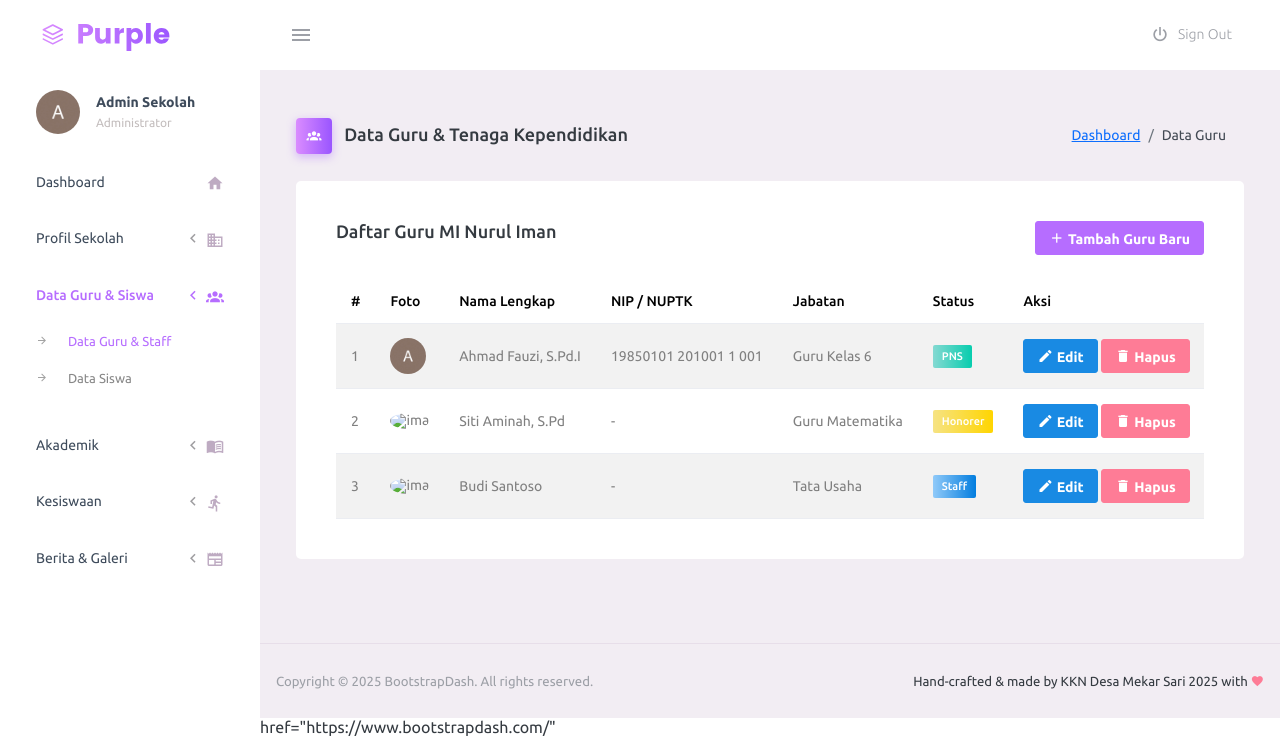
Repository: MKennyChaniago/sekolah-mi-nurul-iman
Page: http://localhost/admin/guru
An editor plug-in stored every save of this project. The page is shown before and after a run of saves, followed by the edit.
The browser window is 1280 px wide. The pictures show the whole page.
The page is served by the project's Laravel application, run on PHP 8.4 with Laravel 12. A made-up administrator, Test User (test@example.com), is signed in. Other server files are loaded and not shown.

Above is the page before, as saved 2025-12-01 15:03:13.
Console error: TypeError: Cannot read properties of null (reading 'classList')

### routes/web.php
<?php

use Illuminate\Support\Facades\Route;
use App\Http\Controllers\HomeController;
// Anda mungkin akan membuat Controller baru, contohnya:
// use App\Http\Controllers\ProfileController;

// --- A. ROUTE FRONTEND (MI NURUL IMAN) ---

// 1. HOME
Route::get('/', [HomeController::class, 'index'])->name('home');

// 2. PROFIL (Menggunakan grup untuk submenu)
Route::prefix('profil')->group(function () {
    Route::get('/sejarah', function () { return view('profil.sejarah'); })->name('profil.sejarah');
    Route::get('/visi-misi', function () { return view('profil.visi_misi'); })->name('profil.visi_misi');
    Route::get('/struktur-organisasi', function () { return view('profil.struktur'); })->name('profil.struktur');
});

// 3. KESISWAAN
Route::get('/kesiswaan', function () { return view('kesiswaan.index'); })->name('kesiswaan');

// 4. BERITA & ARTIKEL
// Listing Berita Utama
Route::get('/berita', function () { return view('berita.listing'); })->name('berita.listing');
// Detail Berita dengan parameter dinamis (slug)
Route::get('/berita/{slug}', function ($slug) { return view('berita.detail', compact('slug')); })->name('berita.detail');

// 5. AKADEMIK
Route::prefix('akademik')->group(function () {
    Route::get('/kurikulum', function () { return view('akademik.kurikulum'); })->name('akademik.kurikulum');
    Route::get('/guru-staff', function () { return view('akademik.guru_staff'); })->name('akademik.guru_staff');
    Route::get('/produk-hukum', function () { return view('akademik.produk_hukum'); })->name('akademik.produk_hukum');
});

// 6. Galeri
Route::get('/galeri', function () { return view('galeri.index'); })->name('galeri');

// 7. KONTAK MANDIRI (Formulir Kontak)
Route::get('/kontak', function () { return view('kontak'); })->name('kontak');


// --- B. ROUTE BACKEND (ADMIN) ---

// 1. Route Login
Route::get('/admin/login', function () {
    return view('admin.login');
})->name('admin.login');

// 2. Route Register
Route::get('/admin/register', function () {
    return view('admin.register');
})->name('admin.register');

// 3. Route Dashboard (INI TUJUANNYA)
Route::get('/admin/dashboard', function () {
    return view('admin.dashboard');
})->name('admin.dashboard');

// ... (Route Login, Register, Dashboard sebelumnya) ...

// --- GROUP: PROFIL SEKOLAH ---
Route::get('/admin/sejarah', function () {
    return view('admin.profil.sejarah'); // Perlu buat file
})->name('admin.sejarah');

Route::get('/admin/visi-misi', function () {
    return view('admin.profil.visimisi'); // Perlu buat file
})->name('admin.visimisi');

Route::get('/admin/struktur', function () {
    return view('admin.profil.struktur'); // Perlu buat file
})->name('admin.struktur');


// --- GROUP: DATA MASTER ---
Route::get('/admin/guru', function () {
    return view('admin.guru.index');
})->name('admin.guru.index');

Route::get('/admin/guru/create', function () {
    return view('admin.guru.create');
})->name('admin.guru.create');

Route::get('/admin/siswa', function () {
    return view('admin.siswa.index');
})->name('admin.siswa.index');


// --- GROUP: AKADEMIK ---
Route::get('/admin/kurikulum', function () {
    return view('admin.akademik.kurikulum'); // Perlu buat file
})->name('admin.kurikulum.index');

Route::get('/admin/produk-hukum', function () {
    return view('admin.akademik.produkhukum'); // Perlu buat file
})->name('admin.produk_hukum.index');


// --- GROUP: KESISWAAN ---
Route::get('/admin/ekstrakurikuler', function () {
    return view('admin.kesiswaan.ekskul'); // Perlu buat file
})->name('admin.ekstrakurikuler.index');

Route::get('/admin/program-unggulan', function () {
    return view('admin.kesiswaan.program'); // Perlu buat file
})->name('admin.prestasi.index');


// --- GROUP: PUBLIKASI ---
Route::get('/admin/berita', function () {
    return view('admin.berita.index');
})->name('admin.berita.index');

Route::get('/admin/galeri', function () {
    return view('admin.galeri.index');
})->name('admin.galeri.index');

### resources/views/admin/guru/index.blade.php
@extends('layouts.admin')

@section('title', 'Data Guru & Staff')

@section('content')
    <div class="page-header">
        <h3 class="page-title">
            <span class="page-title-icon bg-gradient-primary text-white me-2">
                <i class="mdi mdi-account-group"></i>
            </span> Data Guru & Tenaga Kependidikan
        </h3>
        <nav aria-label="breadcrumb">
            <ul class="breadcrumb">
                <li class="breadcrumb-item"><a href="{{ route('admin.dashboard') }}">Dashboard</a></li>
                <li class="breadcrumb-item active" aria-current="page">Data Guru</li>
            </ul>
        </nav>
    </div>

    <div class="row">
        <div class="col-lg-12 grid-margin stretch-card">
            <div class="card">
                <div class="card-body">
                    <div class="d-flex justify-content-between align-items-center mb-4">
                        <h4 class="card-title">Daftar Guru MI Nurul Iman</h4>
                        <a href="{{ route('admin.guru.create') }}" class="btn btn-primary btn-sm">
                            <i class="mdi mdi-plus"></i> Tambah Guru Baru
                        </a>
                    </div>

                    <div class="table-responsive">
                        <table class="table table-hover table-striped">
                            <thead>
                                <tr>
                                    <th>#</th>
                                    <th>Foto</th>
                                    <th>Nama Lengkap</th>
                                    <th>NIP / NUPTK</th>
                                    <th>Jabatan</th>
                                    <th>Status</th>
                                    <th>Aksi</th>
                                </tr>
                            </thead>
                            <tbody>
                                <tr>
                                    <td>1</td>
                                    <td class="py-1">
                                        <img src="{{ asset('admin/images/faces/face1.jpg') }}" alt="image" />
                                    </td>
                                    <td>Ahmad Fauzi, S.Pd.I</td>
                                    <td>19850101 201001 1 001</td>
                                    <td>Guru Kelas 6</td>
                                    <td><label class="badge badge-gradient-success">PNS</label></td>
                                    <td>
                                        <button class="btn btn-info btn-sm btn-icon-text">
                                            <i class="mdi mdi-pencil"></i> Edit
                                        </button>
                                        <button class="btn btn-danger btn-sm btn-icon-text">
                                            <i class="mdi mdi-delete"></i> Hapus
                                        </button>
                                    </td>
                                </tr>

                                <tr>
                                    <td>2</td>
                                    <td class="py-1">
                                        <img src="{{ asset('admin/images/faces/face2.jpg') }}" alt="image" />
                                    </td>
                                    <td>Siti Aminah, S.Pd</td>
                                    <td>-</td>
                                    <td>Guru Matematika</td>
                                    <td><label class="badge badge-gradient-warning">Honorer</label></td>
                                    <td>
                                        <button class="btn btn-info btn-sm btn-icon-text">
                                            <i class="mdi mdi-pencil"></i> Edit
                                        </button>
                                        <button class="btn btn-danger btn-sm btn-icon-text">
                                            <i class="mdi mdi-delete"></i> Hapus
                                        </button>
                                    </td>
                                </tr>

                                <tr>
                                    <td>3</td>
                                    <td class="py-1">
                                        <img src="{{ asset('admin/images/faces/face3.jpg') }}" alt="image" />
                                    </td>
                                    <td>Budi Santoso</td>
                                    <td>-</td>
                                    <td>Tata Usaha</td>
                                    <td><label class="badge badge-gradient-info">Staff</label></td>
                                    <td>
                                        <button class="btn btn-info btn-sm btn-icon-text">
                                            <i class="mdi mdi-pencil"></i> Edit
                                        </button>
                                        <button class="btn btn-danger btn-sm btn-icon-text">
                                            <i class="mdi mdi-delete"></i> Hapus
                                        </button>
                                    </td>
                                </tr>
                            </tbody>
                        </table>
                    </div>
                    </div>
            </div>
        </div>
    </div>
@endsection

### resources/views/layouts/admin.blade.php
<!DOCTYPE html>
<html lang="id">
  <head>
    <meta charset="utf-8">
    <meta name="viewport" content="width=device-width, initial-scale=1, shrink-to-fit=no">
    <title>Admin - MI Nurul Iman</title>

    <link rel="stylesheet" href="{{ asset('admin/vendors/mdi/css/materialdesignicons.min.css') }}">
    <link rel="stylesheet" href="{{ asset('admin/vendors/ti-icons/css/themify-icons.css') }}">
    <link rel="stylesheet" href="{{ asset('admin/vendors/css/vendor.bundle.base.css') }}">
    <link rel="stylesheet" href="{{ asset('admin/css/style.css') }}">
    <link rel="shortcut icon" href="{{ asset('admin/images/favicon.png') }}" />
  </head>
  <body>

    <div class="container-scroller">

      @include('admin.partials.navbar')

      <div class="container-fluid page-body-wrapper">

        @include('admin.partials.sidebar')

        <div class="main-panel">
          <div class="content-wrapper">

            @yield('content')

          </div>

          @include('admin.partials.footer')

        </div>
      </div>
    </div>

    <script src="{{ asset('admin/vendors/js/vendor.bundle.base.js') }}"></script>
    <script src="{{ asset('admin/vendors/chart.js/chart.umd.js') }}"></script>
    <script src="{{ asset('admin/js/off-canvas.js') }}"></script>
    <script src="{{ asset('admin/js/misc.js') }}"></script>
    <script src="{{ asset('admin/js/settings.js') }}"></script>
    <script src="{{ asset('admin/js/todolist.js') }}"></script>
    <script src="{{ asset('admin/js/jquery.cookie.js') }}"></script>
    <script src="{{ asset('admin/js/dashboard.js') }}"></script>
  </body>
</html>

### resources/views/admin/partials/navbar.blade.php
<style>
  /* Animasi untuk tombol Logout */
  .logout-link {
    transition: all 0.3s ease-in-out; /* Gerakan halus */
    display: flex;
    align-items: center;
  }

  /* Efek saat Mouse diarahkan (Hover) */
  .logout-link:hover {
    transform: scale(1.1); /* Membesar sedikit (10%) */
    color: #dc3545 !important; /* Berubah warna jadi Merah */
  }

  .logout-link:hover i {
    color: #dc3545 !important; /* Icon juga jadi merah */
  }
</style>

<nav class="navbar default-layout-navbar col-lg-12 col-12 p-0 fixed-top d-flex flex-row">
  <div class="text-center navbar-brand-wrapper d-flex align-items-center justify-content-start">
    <a class="navbar-brand brand-logo" href="{{ route('admin.dashboard') }}"><img src="{{ asset('admin/images/logo.svg') }}" alt="logo" /></a>
    <a class="navbar-brand brand-logo-mini" href="{{ route('admin.dashboard') }}"><img src="{{ asset('admin/images/logo-mini.svg') }}" alt="logo" /></a>
  </div>

  <div class="navbar-menu-wrapper d-flex align-items-stretch">
    <button class="navbar-toggler navbar-toggler align-self-center" type="button" data-toggle="minimize">
      <span class="mdi mdi-menu"></span>
    </button>

    <ul class="navbar-nav navbar-nav-right">

      <li class="nav-item nav-logout">
        <a class="nav-link logout-link" href="{{ route('admin.login') }}" title="Keluar Aplikasi">
          <i class="mdi mdi-power"></i>

          <span class="d-none d-lg-inline ms-2">Sign Out</span>
        </a>
      </li>

    </ul>

    <button class="navbar-toggler navbar-toggler-right d-lg-none align-self-center" type="button" data-toggle="offcanvas">
      <span class="mdi mdi-menu"></span>
    </button>
  </div>
</nav>

### resources/views/admin/partials/sidebar.blade.php
<nav class="sidebar sidebar-offcanvas" id="sidebar">
  <ul class="nav">

    <li class="nav-item nav-profile">
      <a href="#" class="nav-link">
        <div class="nav-profile-image">
          <img src="{{ asset('admin/images/faces/face1.jpg') }}" alt="profile" />
          <span class="login-status online"></span>
        </div>
        <div class="nav-profile-text d-flex flex-column">
          <span class="font-weight-bold mb-2">Admin Sekolah</span>
          <span class="text-secondary text-small">Administrator</span>
        </div>
      </a>
    </li>

    <li class="nav-item">
      <a class="nav-link" href="{{ route('admin.dashboard') }}">
        <span class="menu-title">Dashboard</span>
        <i class="mdi mdi-home menu-icon"></i>
      </a>
    </li>

    <li class="nav-item">
      <a class="nav-link" data-bs-toggle="collapse" href="#profil-sekolah" aria-expanded="false" aria-controls="profil-sekolah">
        <span class="menu-title">Profil Sekolah</span>
        <i class="menu-arrow"></i>
        <i class="mdi mdi-domain menu-icon"></i>
      </a>
      <div class="collapse" id="profil-sekolah">
        <ul class="nav flex-column sub-menu">
          <li class="nav-item"> <a class="nav-link" href="{{ route('admin.sejarah') }}">Sejarah Madrasah</a></li>
          <li class="nav-item"> <a class="nav-link" href="{{ route('admin.visimisi') }}">Visi & Misi</a></li>
          <li class="nav-item"> <a class="nav-link" href="{{ route('admin.struktur') }}">Struktur Organisasi</a></li>
        </ul>
      </div>
    </li>

    <li class="nav-item">
      <a class="nav-link" data-bs-toggle="collapse" href="#data-master" aria-expanded="false" aria-controls="data-master">
        <span class="menu-title">Data Guru & Siswa</span>
        <i class="menu-arrow"></i>
        <i class="mdi mdi-account-group menu-icon"></i>
      </a>
      <div class="collapse" id="data-master">
        <ul class="nav flex-column sub-menu">
          <li class="nav-item"> <a class="nav-link" href="{{ route('admin.guru.index') }}">Data Guru & Staff</a></li>
          <li class="nav-item"> <a class="nav-link" href="{{ route('admin.siswa.index') }}">Data Siswa</a></li>
        </ul>
      </div>
    </li>

    <li class="nav-item">
      <a class="nav-link" data-bs-toggle="collapse" href="#akademik" aria-expanded="false" aria-controls="akademik">
        <span class="menu-title">Akademik</span>
        <i class="menu-arrow"></i>
        <i class="mdi mdi-book-open-variant menu-icon"></i>
      </a>
      <div class="collapse" id="akademik">
        <ul class="nav flex-column sub-menu">
          <li class="nav-item"> <a class="nav-link" href="{{ route('admin.kurikulum.index') }}">Kurikulum</a></li>
          <li class="nav-item"> <a class="nav-link" href="{{ route('admin.produk_hukum.index') }}">Produk Hukum (SK)</a></li>
        </ul>
      </div>
    </li>

    <li class="nav-item">
      <a class="nav-link" data-bs-toggle="collapse" href="#kesiswaan" aria-expanded="false" aria-controls="kesiswaan">
        <span class="menu-title">Kesiswaan</span>
        <i class="menu-arrow"></i>
        <i class="mdi mdi-run menu-icon"></i>
      </a>
      <div class="collapse" id="kesiswaan">
        <ul class="nav flex-column sub-menu">
          <li class="nav-item"> <a class="nav-link" href="{{ route('admin.ekstrakurikuler.index') }}">Ekstrakurikuler</a></li>
          <li class="nav-item"> <a class="nav-link" href="{{ route('admin.prestasi.index') }}">Program Unggulan</a></li>
        </ul>
      </div>
    </li>

    <li class="nav-item">
      <a class="nav-link" data-bs-toggle="collapse" href="#publikasi" aria-expanded="false" aria-controls="publikasi">
        <span class="menu-title">Berita & Galeri</span>
        <i class="menu-arrow"></i>
        <i class="mdi mdi-newspaper menu-icon"></i>
      </a>
      <div class="collapse" id="publikasi">
        <ul class="nav flex-column sub-menu">
          <li class="nav-item"> <a class="nav-link" href="{{ route('admin.berita.index') }}">Berita & Artikel</a></li>
          <li class="nav-item"> <a class="nav-link" href="{{ route('admin.galeri.index') }}">Galeri Foto</a></li>
        </ul>
      </div>
    </li>

  </ul>
</nav>

### resources/views/admin/partials/footer.blade.php
<footer class="footer">
  <div class="d-sm-flex justify-content-center justify-content-sm-between">
    <span class="text-muted text-center text-sm-left d-block d-sm-inline-block">Copyright © 2025 <a target="_blank">BootstrapDash</a>. All rights reserved.</span>
    <span class="float-none float-sm-right d-block mt-1 mt-sm-0 text-center">Hand-crafted & made by KKN Desa Mekar Sari 2025 with <i class="mdi mdi-heart text-danger"></i></span>
  </div>
</footer>href="https://www.bootstrapdash.com/"

### public/admin/js/settings.js
(function($) {
  'use strict';
  $(function() {
    $(".nav-settings").click(function() {
      $("#right-sidebar").toggleClass("open");
    });
    $(".settings-close").click(function() {
      $("#right-sidebar,#theme-settings,#layout-settings").removeClass("open");
    });

    $("#settings-trigger").on("click", function() {
      $("#theme-settings").toggleClass("open");
    });

    //check all boxes in order status
    $("#check-all").click(function () {
      $(".checkbox").prop('checked', $(this).prop('checked'));
    });

    //background constants
    var navbar_classes = "navbar-danger navbar-success navbar-warning navbar-dark navbar-light navbar-primary navbar-info navbar-pink";
    var sidebar_classes = "sidebar-light sidebar-dark";
    var $body = $("body");

    //sidebar backgrounds
    $("#sidebar-default-theme").on("click", function() {
      $body.removeClass(sidebar_classes);
      $(".sidebar-bg-options").removeClass("selected");
      $(this).addClass("selected");
    });
    $("#sidebar-dark-theme").on("click", function() {
      $body.removeClass(sidebar_classes);
      $body.addClass("sidebar-dark");
      $(".sidebar-bg-options").removeClass("selected");
      $(this).addClass("selected");
    });
    $("#sidebar-light-theme").on("click", function() {
      $body.removeClass(sidebar_classes);
      $body.addClass("sidebar-light");
      $(".sidebar-bg-options").removeClass("selected");
      $(this).addClass("selected");
    });


    //Navbar Backgrounds
    $(".tiles.primary").on("click", function() {
      $(".navbar").removeClass(navbar_classes);
      $(".navbar").addClass("navbar-primary");
      $(".tiles").removeClass("selected");
      $(this).addClass("selected");
    });
    $(".tiles.success").on("click", function() {
      $(".navbar").removeClass(navbar_classes);
      $(".navbar").addClass("navbar-success");
      $(".tiles").removeClass("selected");
      $(this).addClass("selected");
    });
    $(".tiles.warning").on("click", function() {
      $(".navbar").removeClass(navbar_classes);
      $(".navbar").addClass("navbar-warning");
      $(".tiles").removeClass("selected");
      $(this).addClass("selected");
    });
    $(".tiles.danger").on("click", function() {
      $(".navbar").removeClass(navbar_classes);
      $(".navbar").addClass("navbar-danger");
      $(".tiles").removeClass("selected");
      $(this).addClass("selected");
    });
    $(".tiles.info").on("click", function() {
      $(".navbar").removeClass(navbar_classes);
      $(".navbar").addClass("navbar-info");
      $(".tiles").removeClass("selected");
      $(this).addClass("selected");
    });
    $(".tiles.dark").on("click", function() {
      $(".navbar").removeClass(navbar_classes);
      $(".navbar").addClass("navbar-dark");
      $(".tiles").removeClass("selected");
      $(this).addClass("selected");
    });
    $(".tiles.default").on("click", function() {
      $(".navbar").removeClass(navbar_classes);
      $(".tiles").removeClass("selected");
      $(this).addClass("selected");
    });

    //Horizontal menu in mobile
    $('[data-toggle="horizontal-menu-toggle"]').on("click", function() {
      $(".horizontal-menu .bottom-navbar").toggleClass("header-toggled");
    });
    // Horizontal menu navigation in mobile menu on click
    var navItemClicked = $('.horizontal-menu .page-navigation >.nav-item');
    navItemClicked.on("click", function(event) {
      if(window.matchMedia('(max-width: 991px)').matches) {
        if(!($(this).hasClass('show-submenu'))) {
          navItemClicked.removeClass('show-submenu');
        }
        $(this).toggleClass('show-submenu');
      }
    });

    $(window).scroll(function() {
      if(window.matchMedia('(min-width: 992px)').matches) {
        var header = $('.horizontal-menu');
        if ($(window).scrollTop() >= 71) {
          $(header).addClass('fixed-on-scroll');
        } else {
          $(header).removeClass('fixed-on-scroll');
        }
      }
    });

    $("#layout-toggler").on("click", function () {
      $("#layout-settings").addClass("open");
    });
    $("#chat-toggler").on("click", function () {
      $("#right-sidebar").addClass("open");
    });

  });
})(jQuery);

### public/admin/js/todolist.js
(function($) {
  'use strict';
  $(function() {
    var todoListItem = $('.todo-list');
    var todoListInput = $('.todo-list-input');
    $('.todo-list-add-btn').on("click", function(event) {
      event.preventDefault();

      var item = $(this).prevAll('.todo-list-input').val();

      if (item) {
        todoListItem.append("<li><div class='form-check'><label class='form-check-label'><input class='checkbox' type='checkbox'/>" + item + "<i class='input-helper'></i></label></div><i class='remove mdi mdi-close-circle-outline'></i></li>");
        todoListInput.val("");
      }

    });

    todoListItem.on('change', '.checkbox', function() {
      if ($(this).attr('checked')) {
        $(this).removeAttr('checked');
      } else {
        $(this).attr('checked', 'checked');
      }

      $(this).closest("li").toggleClass('completed');

    });

    todoListItem.on('click', '.remove', function() {
      $(this).parent().remove();
    });

  });
})(jQuery);

Loaded but not shown: app/Models/User.php (common file); public/admin/vendors/mdi/css/materialdesignicons.min.css (library); public/admin/vendors/ti-icons/css/themify-icons.css (library); public/admin/vendors/css/vendor.bundle.base.css (common file); public/admin/css/style.css (library); public/admin/vendors/js/vendor.bundle.base.js (library); public/admin/vendors/chart.js/chart.umd.js (library); public/admin/js/off-canvas.js (common file); public/admin/js/jquery.cookie.js (library); public/admin/images/logo.svg (90 lines, source omitted); public/admin/images/logo-mini.svg (41 lines, source omitted); public/admin/js/dashboard.js (250 lines, source omitted); public/admin/js/misc.js (122 lines, source omitted)

After the next 3 saves:
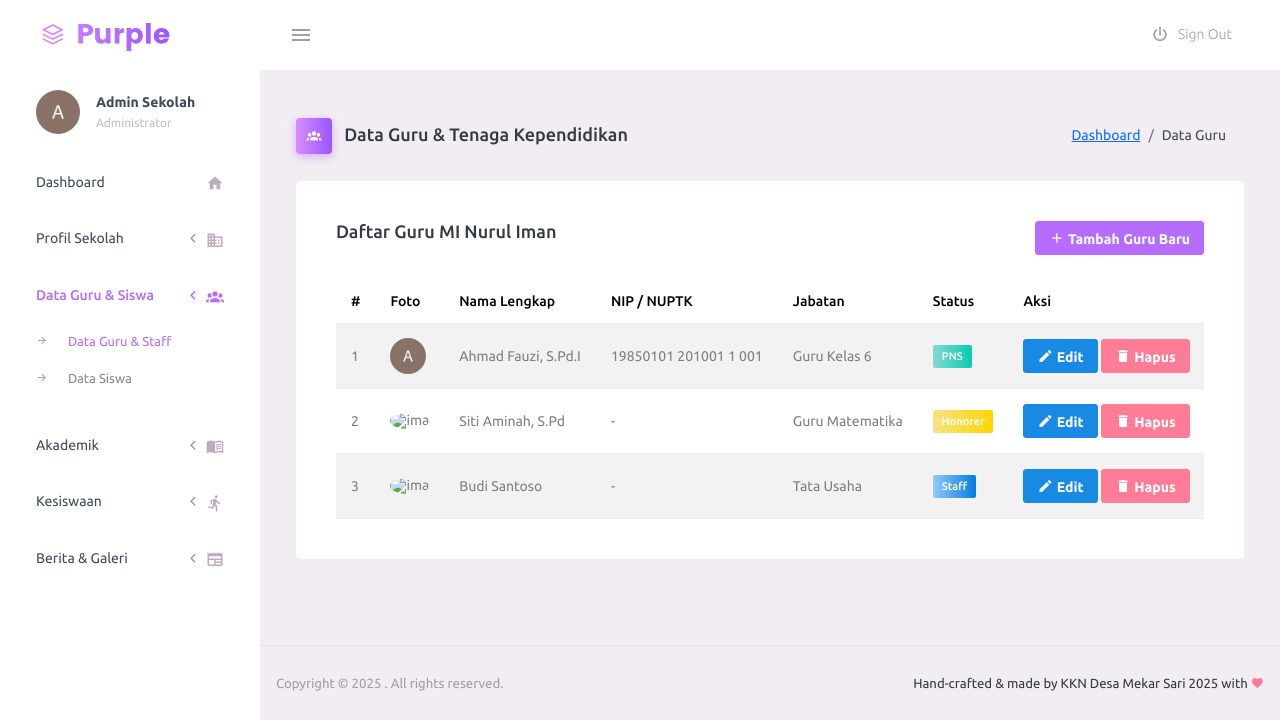
The 3 saves are shown as one change because they came seconds apart.
The last was saved 13 s later.
--- a/resources/views/admin/partials/footer.blade.php
+++ b/resources/views/admin/partials/footer.blade.php
@@ -1,6 +1,6 @@
 <footer class="footer">
   <div class="d-sm-flex justify-content-center justify-content-sm-between">
-    <span class="text-muted text-center text-sm-left d-block d-sm-inline-block">Copyright © 2025 <a target="_blank">BootstrapDash</a>. All rights reserved.</span>
+    <span class="text-muted text-center text-sm-left d-block d-sm-inline-block">Copyright © 2025 <a target="_blank"></a>. All rights reserved.</span>
     <span class="float-none float-sm-right d-block mt-1 mt-sm-0 text-center">Hand-crafted & made by KKN Desa Mekar Sari 2025 with <i class="mdi mdi-heart text-danger"></i></span>
   </div>
-</footer>href="https://www.bootstrapdash.com/"
+{{-- </footer>href="https://www.bootstrapdash.com/"BootstrapDash --}}
